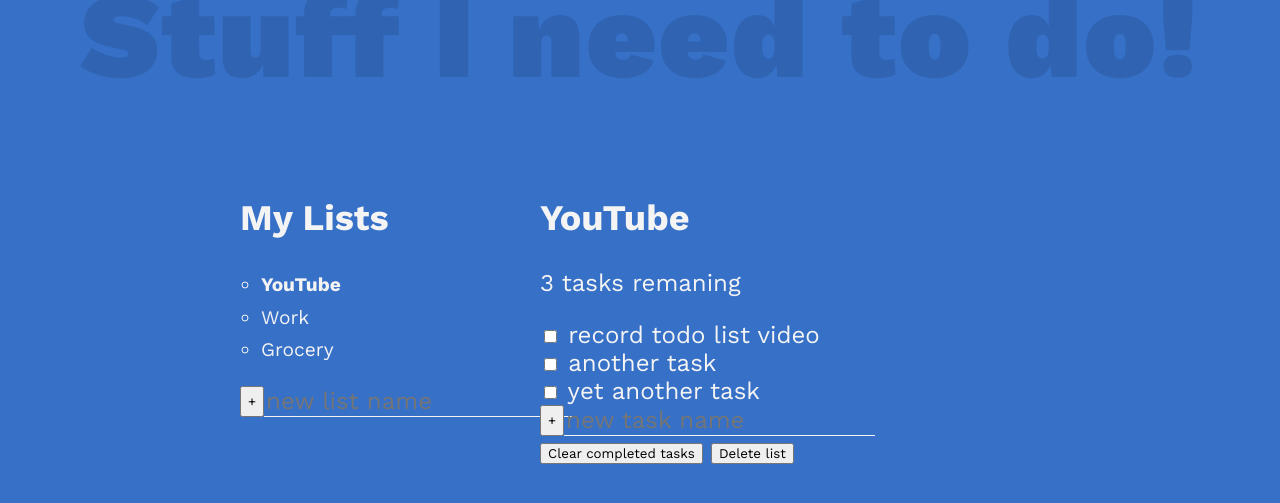
Repository: PratypartyY2K/JavaScript-Projects
Page: Better-ToDo-App/index.html
The author's editor kept a copy of each file at every save. The page is drawn from the files as they stood at one save, then again after the next save.
The browser window is 1280 px wide. The pictures show the whole page.

Above is the page before, as saved 2021-07-06 00:40:59.

### Better-ToDo-App/index.html
<!DOCTYPE html>
<html lang="en">
  <head>
    <meta charset="UTF-8" />
    <meta http-equiv="X-UA-Compatible" content="IE=edge" />
    <meta name="viewport" content="width=device-width, initial-scale=1.0" />
    <link rel="stylesheet" href="styles.css" />
    <title>ToDo App</title>
  </head>

  <body>
    <h1 class="title">Stuff I need to do!</h1>
    <div class="all-tasks">
      <h2 class="task-list-title">My Lists</h2>
      <ul class="task-list">
        <li class="active-list">YouTube</li>
        <li>Work</li>
        <li>Grocery</li>
      </ul>

      <form action="">
        <input
          type="text"
          class="new list"
          placeholder="new list name"
          aria-label="new list name"
        />
        <button class="btn list" aria-label="create new list">+</button>
      </form>

    </div>

    <div class="todo-list">
        <div class="todo-header">
            <h2 class="list-title">YouTube</h2>
            <p class="task-count">3 tasks remaning</p>
        </div>

        <div class="todo-body">
            <div class="tasks">

                <div class="task">
                    <input type="checkbox" id="task-1">
                    <label for="task-1">
                        <span class="custom-checkbox"></span>
                        record todo list video
                    </label>
                </div>
                <!-- close task-1-->

                <div class="task">
                    <input type="checkbox" id="task-2">
                    <label for="task-2">
                        <span class="custom-checkbox"></span>
                        another task
                    </label>
                </div>
                <!-- close task-2-->

                <div class="task">
                    <input type="checkbox" id="task-3">
                    <label for="task-3">
                        <span class="custom-checkbox"></span>
                        yet another task
                    </label>
                </div>
                <!-- close task-3-->

            </div>

            <div class="new-task-creator">
                <form action="">
                    <input
                      type="text"
                      class="new task"
                      placeholder="new task name"
                      aria-label="new task name"
                    />
                    <button class="btn task" aria-label="create new task">+</button>
                  </form>
            </div>

            <div class="delete-stuff">
                <button class="btn delete">Clear completed tasks</button>
                <button class="btn delete">Delete list</button>
            </div>
        </div>
    </div>
  </body>
</html>

### Better-ToDo-App/styles.css
@import url('https://fonts.googleapis.com/css2?family=Work+Sans:wght@400;700;900&display=swap');

:root {
    --clr-primary: rgb(54, 112, 199);
    --clr-light: #f4f4f4;
    --clr-dark: #332;
    --clr-warning: rgb(99, 36, 36);
}

*,
*::before,
*::after {
    font-family: inherit;
    box-sizing: border-box;
}

body {
    margin: 0;
    font-family: "Work Sans", sans-serif;
    font-weight: 300;
    font-size: 1.5rem;
    background-color: var(--clr-primary);
    color: var(--clr-light);

    display: grid;
    grid:
    "header header header header" auto
    "...... lists  active ......" auto /
    1fr minmax(100px, 300px) minmax(250px, 500px) 1fr;
}

.title {
    grid-area: header;
    text-align: center;
    font-size: calc(7vw + 2rem);
    font-weight: 900;
    color: rgba(0,0,0,0.1);
    letter-spacing: 2px;
    margin: -0.3em 0 0.5em;
}

.all-tasks {
    grid-area: lists;
}

.task-list {
    font-size: 1.2rem;
    line-height: 1.7;
    list-style: circle;
    padding-left: 1.1em;
}

form {
    display: flex;
}

.new {
    background: transparent;
    border: 0;
    color: inherit;
    border-bottom: 1px solid currentColor;
    font-size: inherit;
    outline: none;

    transition: border-bottom 250ms ease-in;
    order: 2;
}

.new:focus {
    border-bottom-width: 3px;
}

.new:focus::placeholder {
    opacity: 0.2;
}

.new-list {
    font-size: 1.1rem;
}

.active-list {
    font-weight: 700;
}

.todo-list {
    grid-area: active;
}

After the next save:
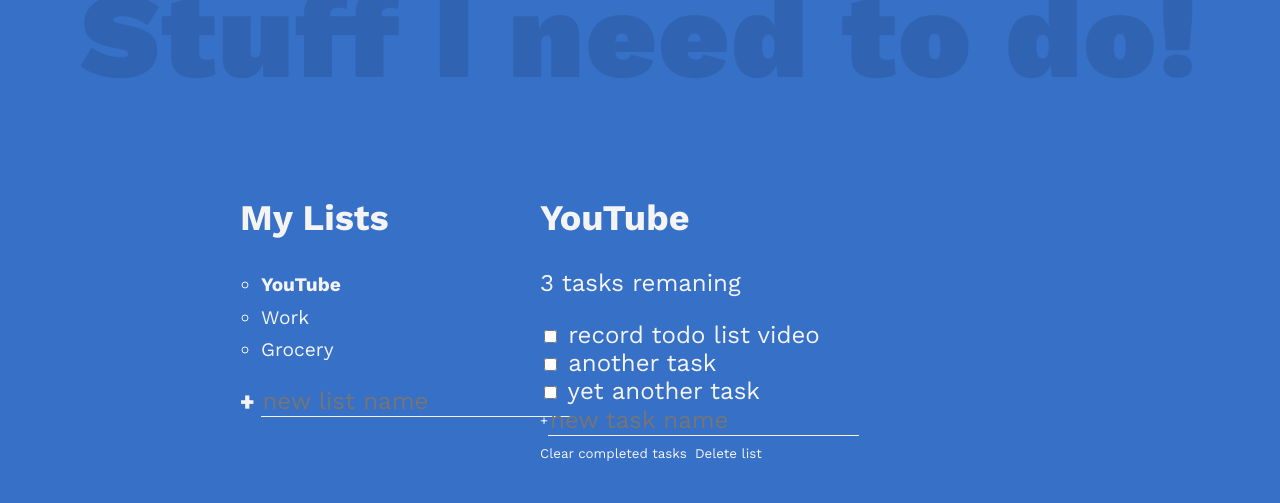
Saved 2 min 25 s later.
--- a/Better-ToDo-App/styles.css
+++ b/Better-ToDo-App/styles.css
@@ -54,6 +54,25 @@ form {
     display: flex;
 }
 
+.btn {
+    cursor: pointer;
+    background: 0;
+    border: 0;
+    padding: 0;
+    color: inherit;
+}
+
+.btn.list {
+    font-size: 1.5rem;
+    font-weight: 900;
+    margin-right: 0.25em;
+    transition: opacity 250ms ease-in;
+}
+
+.btn.list:hover {
+    opacity: 0.7;
+}
+
 .new {
     background: transparent;
     border: 0;
